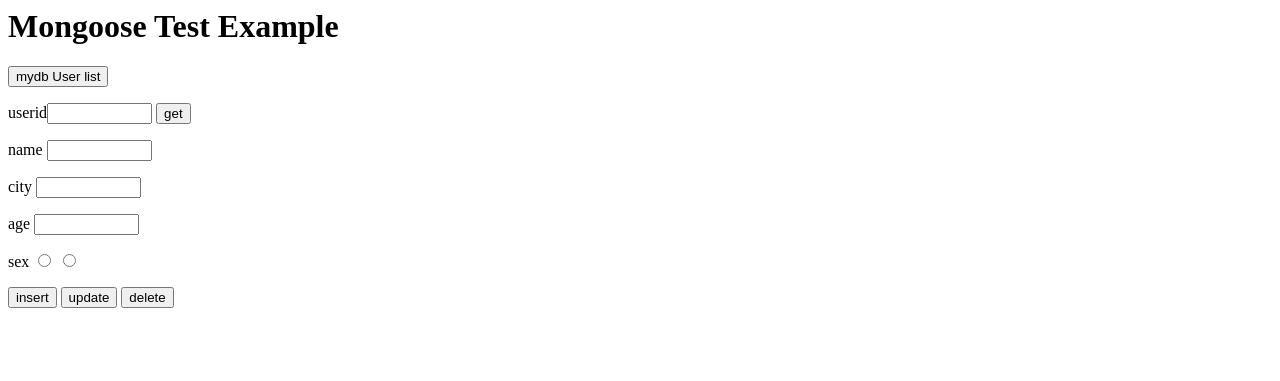
Repository: jaechullee2/anew
Page: node/mongos/views/index.html
The author's editor kept a record of every edit. The page is drawn from the files as they stood at one moment, then again after the next edit.
The browser window is 1280 px wide. The pictures show the whole page.

Above is the page before.

### node/mongos/views/index.html
<!DOCYPE html>
<html>
    <head>
        <meta charset="utf-8"/>
        <title>Mongoose Module</title>
    </head>
    <body>
        <h1>Mongoose Test Example</h1>
        <form method='post' action=/insert name="mongoform">
            <input type="button" value= "mydb User list" onclick='location.href="/list"'/>
        <p>userid<input type="text" size='10' name="userid"/>
        <input type="button" value="get" onclick='location.href="/get?input="+document.mongoform.userid.value'/>
        <p>name <input type="text" size='10' name="name"/>
        <p>city <input type="text" size='10' name="city"/>
        <p>age <input type="text"  size='10' name="age"/>
        <p>sex <input type="radio"  name="sex" value="male"/>
        <input type="radio"  name="sex" value="female"/><p>

        <input type="submit" value="insert" onclick='this.form.action="/insert"'/>
        <input type="submit" value="update" onclick='this.form.action="/update"'/>
        <input type="submit" value="delete" onclick='this.form.action="/delete"'/>
        </form>
    </body>
</html>

After the next edit:
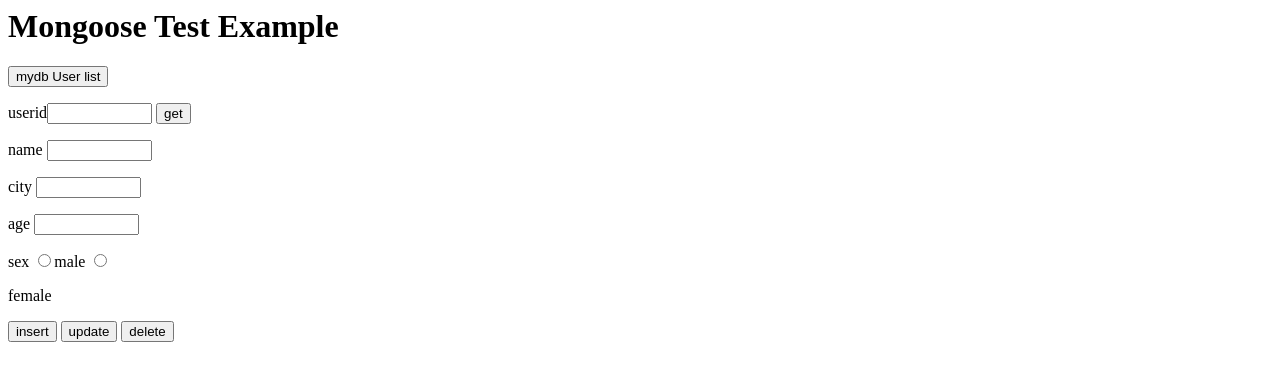
The edit:
--- a/node/mongos/views/index.html
+++ b/node/mongos/views/index.html
@@ -13,8 +13,8 @@
         <p>name <input type="text" size='10' name="name"/>
         <p>city <input type="text" size='10' name="city"/>
         <p>age <input type="text"  size='10' name="age"/>
-        <p>sex <input type="radio"  name="sex" value="male"/>
-        <input type="radio"  name="sex" value="female"/><p>
+        <p>sex <input type="radio"  name="sex" value="male"/>male
+        <input type="radio"  name="sex" value="female"/><p>female<p>
 
         <input type="submit" value="insert" onclick='this.form.action="/insert"'/>
         <input type="submit" value="update" onclick='this.form.action="/update"'/>
